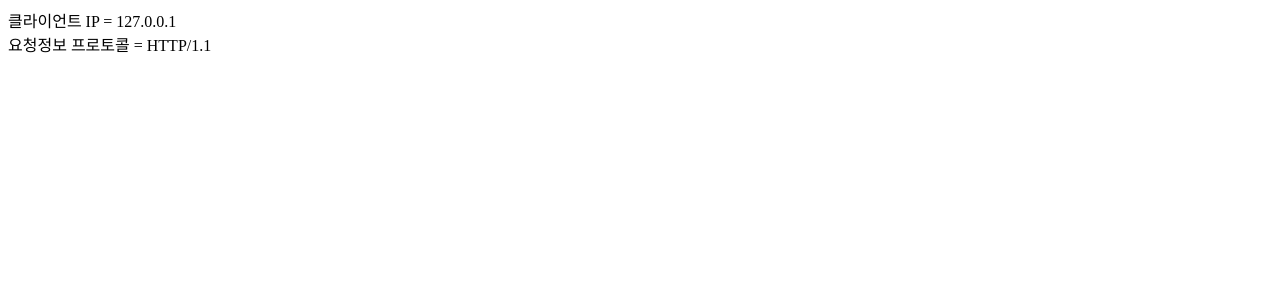
Repository: yuntaekOhO/SY_Academy_Study
Page: http://localhost/ch03-JSP/ch02-nestedObject/s01_requestInfo.jsp
These files come from the project's save history. The page is drawn as it stood at one moment and after a run of saves; the edit follows.
The browser window is 1280 px wide. The pictures show the whole page.
The page is served by Tomcat 9.

Above is the page before, as saved 2022-06-24 05:16:46.

After the next 2 saves:
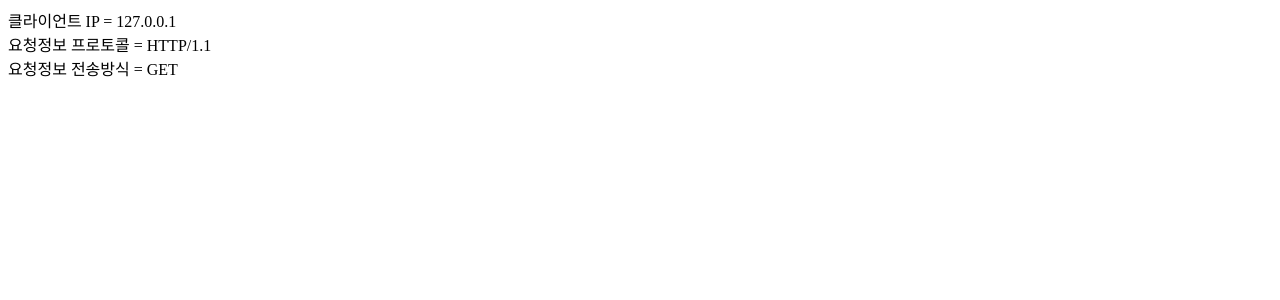
The 2 saves are shown as one change because they came seconds apart.
The last was saved 74 s later.
--- a/workspace_jsp/ch03-JSP/src/main/webapp/ch02-nestedObject/s01_requestInfo.jsp
+++ b/workspace_jsp/ch03-JSP/src/main/webapp/ch02-nestedObject/s01_requestInfo.jsp
@@ -8,6 +8,8 @@
 </head>
 <body>
 클라이언트 IP = <%= request.getRemoteAddr() %><br>
-요청정보 프로토콜 = <%= request.getProtocol() %>
+요청정보 프로토콜 = <%= request.getProtocol() %><br>
+요청정보 전송방식 = <%= request.getMethod() %><br>
+
 </body>
 </html>
